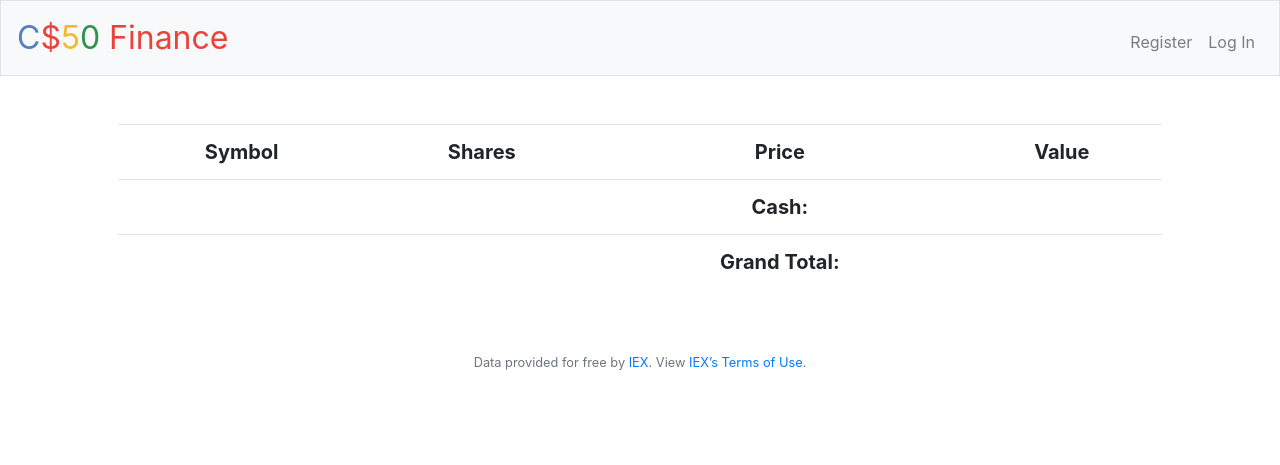
Repository: Mackeyrw/gitTest-CS50
Page: pset8/finance/templates/index.html
The author's editor kept a record of every edit. The page is drawn from the files as they stood at one moment, then again after the next edit.
The browser window is 1280 px wide. The pictures show the whole page.
The template is drawn by Flask 3. The application's start-up code is not run. Other server files are loaded and not shown. The template is opened directly, without the code that normally fills it, so the values that code supplies are empty.

Above is the page before.

### pset8/finance/templates/index.html
{% extends "layout.html" %}

{% block title %}
    Index
{% endblock %}

{% block main %}

        <table class=table>
            <tr class=header>
                <td>Symbol</td><td>Shares</td><td>Price</td><td>Value</td>
            </tr>
            {% for row in rows %}
            <tr>

                <td>{{ row[0] }}</td><td>{{ row[1] }}</td><td>{{ row[2] }}</td><td>{{ row[3] }}</td>

            </tr>
             {% endfor %}
             <tr>
                 <td></td><td></td><td class=header>Cash:</td><td>{{ cashOnHand }}</td>
             </tr>
             <tr>
                 <td></td><td></td><td class=header>Grand Total:</td><td>{{ grandTotal }}</td>
             </tr>
        </table>

{% endblock %}

### pset8/finance/templates/layout.html
<!DOCTYPE html>

<html lang="en">

    <head>

        <!-- Required meta tags -->
        <meta charset="utf-8">
        <meta name="viewport" content="width=device-width, initial-scale=1, shrink-to-fit=no">

        <!-- documentation at http://getbootstrap.com/docs/4.1/, alternative themes at https://bootswatch.com/ -->
        <link href="https://maxcdn.bootstrapcdn.com/bootstrap/4.1.3/css/bootstrap.min.css" rel="stylesheet">

        <!-- https://favicon.io/emoji-favicons/money-mouth-face/ -->
        <link href="/static/favicon.ico" rel="icon">

        <link href="/static/styles.css" rel="stylesheet">

        <script src="https://code.jquery.com/jquery-3.3.1.min.js"></script>
        <script src="https://cdnjs.cloudflare.com/ajax/libs/popper.js/1.14.3/umd/popper.min.js"></script>
        <script src="https://maxcdn.bootstrapcdn.com/bootstrap/4.1.3/js/bootstrap.min.js"></script>

        <title>C$50 Finance: {% block title %}{% endblock %}</title>

    </head>

    <body>

        <nav class="navbar navbar-expand-md navbar-light bg-light border">
            <a class="navbar-brand" href="/"><span class="blue">C</span><span class="red">$</span><span class="yellow">5</span><span class="green">0</span> <span class="red">Finance</span></a>
            <button aria-controls="navbar" aria-expanded="false" aria-label="Toggle navigation" class="navbar-toggler" data-target="#navbar" data-toggle="collapse" type="button">
                <span class="navbar-toggler-icon"></span>
            </button>
            <div class="collapse navbar-collapse" id="navbar">
                {% if session.user_id %}
                    <ul class="navbar-nav mr-auto mt-2">
                        <li class="nav-item"><a class="nav-link" href="/quote">Quote</a></li>
                        <li class="nav-item"><a class="nav-link" href="/buy">Buy</a></li>
                        <li class="nav-item"><a class="nav-link" href="/sell">Sell</a></li>
                        <li class="nav-item"><a class="nav-link" href="/history">History</a></li>
                        <li class="nav-item"><a class="nav-link" href="/add">Add Cash</a></li>
                    </ul>
                    <ul class="navbar-nav ml-auto mt-2">
                        <li class="nav-item"><a class="nav-link" href="/logout">Log Out</a></li>
                    </ul>
                {% else %}
                    <ul class="navbar-nav ml-auto mt-2">
                        <li class="nav-item"><a class="nav-link" href="/register">Register</a></li>
                        <li class="nav-item"><a class="nav-link" href="/login">Log In</a></li>
                    </ul>
                {% endif %}
            </div>
        </nav>

        {% if get_flashed_messages() %}
            <header>
                <div class="alert alert-primary border text-center" role="alert">
                    {{ get_flashed_messages() | join(" ") }}
                </div>
            </header>
        {% endif %}

        <main class="container p-5">
            {% block main %}{% endblock %}
        </main>

        <footer class="small text-center text-muted">
            Data provided for free by <a href="https://iextrading.com/developer">IEX</a>. View <a href="https://iextrading.com/api-exhibit-a/">IEX’s Terms of Use</a>.
        </footer>

    </body>

</html>

### pset8/finance/static/styles.css
nav .navbar-brand
{
    /* size for brand */
    font-size: xx-large;
}

/* colors for brand */
nav .navbar-brand .blue
{
    color: #537fbe;
}
nav .navbar-brand .red
{
    color: #ea433b;
}
nav .navbar-brand .yellow
{
    color: #f5b82e;
}
nav .navbar-brand .green
{
    color: #2e944b;
}

main .form-control
{
    /* center form controls */
    display: inline-block;

    /* override Bootstrap's 100% width for form controls */
    width: auto;
}

main
{
    /* scroll horizontally as needed */
    overflow-x: auto;

    /* center contents */
    text-align: center;
}

main img
{
    /* constrain images on small screens */
    max-width: 100%;
}

.quoted
{
    font-size: 30px;
    color: darkblue;
    font-weight: bold;
}

.table table tr td
{
    border: solid;
    text-align: center;
}

.header
{
    font-size: 20px;
    font-weight: bold;
}

After the next edit:
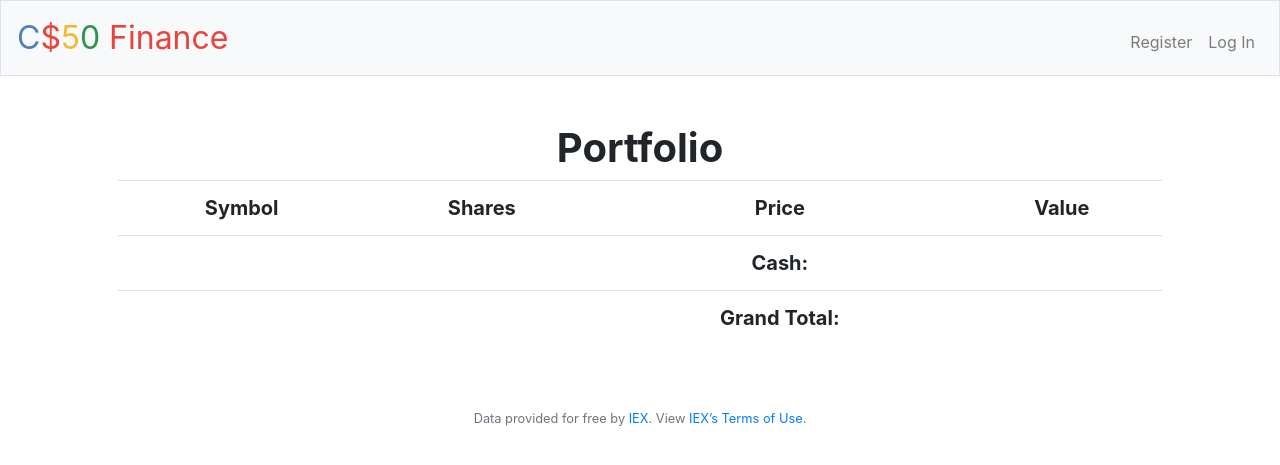
The edit:
--- a/pset8/finance/templates/index.html
+++ b/pset8/finance/templates/index.html
@@ -5,7 +5,7 @@
 {% endblock %}
 
 {% block main %}
-
+        <h1> <b>Portfolio</b> </h1>
         <table class=table>
             <tr class=header>
                 <td>Symbol</td><td>Shares</td><td>Price</td><td>Value</td>
